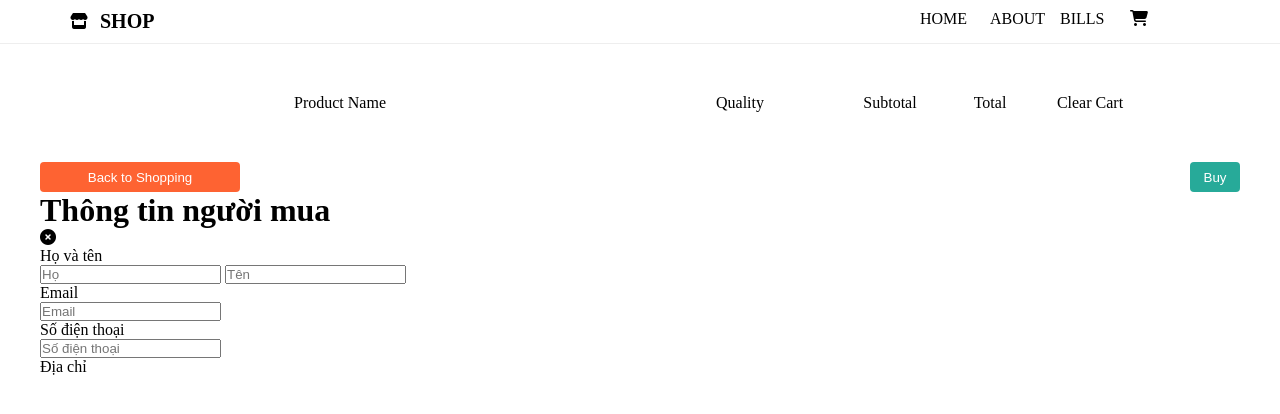
Repository: nguyenhaidang212/danh-sach-ban-hang
Page: index.html
These files come from the project's save history. The page is drawn as it stood at one moment and after the next save; the edit follows.
The browser window is 1280 px wide. The pictures show the whole page.
Some web libraries are served in a nearby version.

Above is the page before, as saved 2023-02-10 14:33:03.

### index.html
<!DOCTYPE html>
<html lang="en">
  <head>
    <meta charset="UTF-8" />
    <meta http-equiv="X-UA-Compatible" content="IE=edge" />
    <meta name="viewport" content="width=device-width, initial-scale=1.0" />
    <title>Danh sach ban hang</title>
    <link rel="stylesheet" href="style.css" />
    <script
      src="https://kit.fontawesome.com/2568d54abe.js"
      crossorigin="anonymous"
    ></script>
  </head>
  <body>
    <header>
      <div class="header-title">
        <i class="fas fa-store header-icon-title"></i>
        <h2>SHOP</h2>
      </div>
      <div class="header-menu">
        <div class="header-menu-home">
          <a href="">HOME</a>
        </div>
        <div class="header-menu-about">
          <a href="">ABOUT</a>
        </div>
        <div class="header-menu-bill">
          <a href="">BILLS</a>
        </div>
        <i class="fas fa-shopping-cart buy_display"></i>
      </div>
    </header>

    <!-- Trang giao dien -->
    <main class="main_menu" style="display: none">
      <div class="list"></div>
    </main>
    <!-- Trang danh sach -->
    <main class="main_buy">
      <div class="title">
        <span>Product Name</span><span>Quality</span><span>Subtotal</span
        ><span>Total</span><span>Clear Cart</span>
      </div>
      <div class="buy">
        <button id="back">Back to Shopping</button>
        <button id="buy">Buy</button>
      </div>

      <!-- Trang thanh toan -->
      <div class="buy_form">
        <div class="form_title">
          <h1>Thông tin người mua</h1>
          <i class="fa-solid fa-circle-xmark"></i>
        </div>
        <div class="form_content">
          <div class="form_grid">
            <div id="name">Họ và tên</div>
            <input type="text" placeholder="Họ" />
            <input type="text" placeholder="Tên" />
            <div id="email">Email</div>
            <input type="text" placeholder="Email" />
            <div id="phone">Số điện thoại</div>
            <input type="text" placeholder="Số điện thoại" />
            <div id="address">Địa chỉ</div>
          </div>
        </div>
      </div>
    </main>
    <script src="main.js"></script>
  </body>
</html>
<!-- <div class="list_buy">
  <div class="buy-name">${e.name}</div>
  <div class="buy-quality">
    <i class="fa-solid fa-minus plus-icon"></i>
    ${e.quality}
    <i class="fa-solid fa-plus minus-icon"></i>
  </div>
  <div class="buy-price">${e.gia}</div>
  <div class="buy-sum">${e.id}</div>
  <div><i class="fa-solid fa-circle-xmark buy-del"></i></div>
</div> -->

### style.css
* {
  padding: 0;
  margin: 0;
  box-sizing: border-box;
}
.form {
  display: inline-grid;
  grid-template-columns: 150px 150px 150px 150px;
  column-gap: 20px;
  row-gap: 20px;
  text-align: center;
  margin-bottom: 20px;
}
header {
  display: flex;
  border-bottom: 1px solid #eee;
  width: 100%;
  padding: 10px 100px 10px;
  justify-content: space-between;
}
.header-title {
  display: flex;
}
h2 {
  font-size: 20px;
}
.header-icon-title {
  position: absolute;
  left: 70px;
  top: 13px;
}
.header-menu {
  display: grid;
  grid-template-columns: 50px 50px 50px 50px;
  column-gap: 20px;
}
a {
  text-decoration: none;
  color: black;
}
main {
  width: 1200px;
  margin: 50px auto;
}
.list {
  display: grid;
  margin: 0 225px;
  grid-template-columns: 180px 180px 180px 180px;
  column-gap: 10px;
  row-gap: 20px;
  text-align: center;
}
.item {
  border: 2px solid #eee;
  position: relative;
}
.item-imgs {
  width: 100%;
  height: 180px;
  display: flex;
  justify-content: center;
  align-items: center;
  margin-bottom: 8px;
  overflow: hidden;
}
.item-img {
  text-align: center;
  width: 100%;
}
.item-title {
  font-size: 20px;
  font-weight: 600;
}
.item-info {
  display: flex;
  justify-content: space-between;
  margin: 5px;
  padding: 0 10px;
  font-size: 12px;
}
.item-icon {
  position: absolute;
  border-radius: 50%;
  width: 30px;
  height: 30px;
  line-height: 30px;
  bottom: 36px;
  right: -4px;
}
.item-add {
  color: #fe6332;
  cursor: pointer;
}
.buy_display {
  cursor: pointer;
}
#back {
  background-color: #fe6332;
  color: white;
  border-radius: 4px;
  width: 200px;
  height: 30px;
  border: none;
  cursor: pointer;
}
#buy {
  background-color: #27aa99;
  color: white;
  border-radius: 4px;
  width: 50px;
  height: 30px;
  border: none;
  cursor: pointer;
}
.title {
  display: grid;
  grid-template-columns: 600px 200px 100px 100px 100px;
  text-align: center;
  margin-bottom: 20px;
}
.list_buy {
  display: flex;
  text-align: center;
  margin-bottom: 12px;
  max-height: 400px;
}
.buy-name {
  width: 600px;
}
.buy-quality {
  width: 200px;
}
.buy-price,
.buy-del,
.buy-sum {
  width: 100px;
}
.buy {
  margin: auto;
  display: flex;
  justify-content: space-between;
  margin-top: 50px;
}
.buy-del {
  color: red;
  cursor: pointer;
}
.plus-icon,
.minus-icon {
  margin: 0 24px;
  cursor: pointer;
  border: 1px solid #eee;
  padding: 4px;
  border-radius: 50%;
}
.plus-icon:hover {
  background-color: #fe6332;
}
.minus-icon:hover {
  background-color: #27aa99;
}

### main.js
const listData = [
  {
    id: 1,
    name: "Quần áo nam",
    so_luong: 100,
    gia: 100,
    src: "https://znews-photo.zadn.vn/w660/Uploaded/ycgmvjvj/2018_03_31/1.jpg",
    quality: 1,
  },
  {
    id: 2,
    name: "Điện thoại",
    so_luong: 200,
    gia: 500,
    src: "https://cdn2.cellphones.com.vn/358x358,webp,q100/media/catalog/product/t/_/t_m_12.png",
    quality: 1,
  },
  {
    id: 3,
    name: "Macbook",
    so_luong: 300,
    gia: 1000,
    src: "https://cdn.tgdd.vn/Products/Images/44/231244/macbook-air-m1-2020-gold-600x600.jpg",
    quality: 1,
  },
  {
    id: 4,
    name: "Máy ảnh",
    so_luong: 400,
    gia: 1200,
    src: "https://www.nguyenkim.com/images/detailed/644/10036326-may-anh-canon-eos-3000d-kit-ef-s-18-55mm-den-1.jpg",
    quality: 1,
  },
  {
    id: 5,
    name: "Đồng hồ",
    so_luong: 500,
    gia: 1400,
    src: "https://cdn1.viettelstore.vn/images/Product/ProductImage/medium/Apple_Watch_SE-Cell-44mm-star1.jpg",
    quality: 1,
  },
  {
    id: 6,
    name: "Giày nam",
    so_luong: 600,
    gia: 1500,
    src: "https://cdn.elly.vn/uploads/2019/08/13121739/giay-nam-cao-cap-da-that-ELLY-EGTM2-5.jpg",
    quality: 1,
  },
  {
    id: 7,
    name: "Tủ lạnh",
    so_luong: 700,
    gia: 1600,
    src: "https://cdn.tgdd.vn/Products/Images/1943/284851/tu-lanh-aqua-inverter-456-lit-aqr-m525xa-fb-600x600.jpg",
    quality: 1,
  },
  {
    id: 8,
    name: "Điều hòa",
    so_luong: 800,
    gia: 1700,
    src: "https://hangdienmaygiare.com/images/products/2020/02/22/large/dieu-hoa-1-chieu-panasonic-n9wkh-8m_1582358300.jpg",
    quality: 1,
  },
  {
    id: 9,
    name: "Máy giặt",
    so_luong: 1000,
    gia: 2000,
    src: "https://hangdienmaygiare.com/images/products/2019/09/03/large/may-giat-electrolux-ewf1042bdwa-10-kg-inverter.jpg",
    quality: 1,
  },
  {
    id: 10,
    name: "Váy đầm nữ",
    so_luong: 2000,
    gia: 300,
    src: "https://luzy.vn/wp-content/uploads/2020/05/LZD10951-18.jpg",
    quality: 1,
  },
  {
    id: 11,
    name: "Mắt kính",
    so_luong: 2100,
    gia: 400,
    src: "https://vn-test-11.slatic.net/p/5e0af4609b84659f759982ac0146f184.jpg_800x800q100.jpg_600x600Q100.jpg",
    quality: 1,
  },
  {
    id: 12,
    name: "Thắt lưng da",
    so_luong: 200,
    gia: 200,
    src: "https://hoianleather.com/wp-content/uploads/2021/04/That-lung-da-bo-that-danh-cho-nam-2.jpg",
    quality: 1,
  },
];
const keyLocalStorageListSP = "DANHSACHSP";
const keyLocalStorageItemCart = "DANHSACHITEMCART";
const listItem = document.querySelector(".list");
const $ = document.body;

localStorage.setItem(keyLocalStorageListSP, JSON.stringify(listData));
const item = JSON.parse(localStorage.getItem(keyLocalStorageListSP));
item.forEach((value) => {
  const template = `<div class="item">
  <div class="item-imgs">
    <img src="${value.src}" alt="" class="item-img"/>
  </div>
  <div class="item-icon"><i class="fa-solid fa-cart-plus item-add"></i></div>
  <div class="item-title">${value.name}</div>
  <div class="item-info">
    <div class="item-price">Giá: ${value.gia}</div>
    <div class="item-quality">Số lượng: ${value.so_luong}</div>
  </div>
</div>`;
  listItem.insertAdjacentHTML("beforeend", template);
});
const itemAdd = document.querySelectorAll(".item-add");
const arrayItemAdd = [];
const mainMenu = document.querySelector(".main_menu");
const mainBuy = document.querySelector(".main_buy");
const buyDiplay = document.querySelector(".buy");
const delItem = document.querySelector(".buy-del");
$.addEventListener("click", (e) => {
  //-----Chuyen trang-----
  if (e.target.matches(".buy_display")) {
    const listItem = JSON.parse(localStorage.getItem(keyLocalStorageItemCart));
    mainMenu.style.display = "none";
    mainBuy.style.display = "block";
    displayItem(listItem);
  }
  if (e.target.matches("#back")) {
    mainMenu.style.display = "block";
    mainBuy.style.display = "none";
    const back = document.querySelector("#back");
    document.querySelectorAll(".list_buy").forEach((e) => {
      e.remove();
    });
  }
  if (e.target.matches("#buy")) {
    // $.style.display = "none";
  }
  //-----Add Item-----
  if (e.target.matches(".item-add")) {
    addItem(e.target);
  }
  //-----Del Item-----
  if (e.target.matches(".buy-del")) {
    const itemDelName =
      e.target.parentNode.previousElementSibling.previousElementSibling
        .previousElementSibling.previousElementSibling;
    delItemBuy(itemDelName);
  }
  //-----Increase/Decrease Item----
  if (e.target.matches(".plus-icon")) {
    const listItem = JSON.parse(localStorage.getItem(keyLocalStorageItemCart));
    listItem.forEach((value) => {
      if (
        value.name == e.target.parentNode.previousElementSibling.textContent
      ) {
        value.soluong++;
      }
    });
    localStorage.setItem(keyLocalStorageItemCart, JSON.stringify(listItem));
    console.log(listItem);
    const listBuy = document.querySelectorAll(".list_buy");
    listBuy.forEach((e) => {
      e.remove();
    });
    displayItem(listItem);
  }
  if (e.target.matches(".minus-icon")) {
    const listItem = JSON.parse(localStorage.getItem(keyLocalStorageItemCart));
    listItem.forEach((value, i) => {
      if (
        value.name == e.target.parentNode.previousElementSibling.textContent
      ) {
        value.soluong--;
        if (value.soluong == 0) {
          listItem.splice(i, 1);
        }
      }
    });
    console.log(listItem);
    localStorage.setItem(keyLocalStorageItemCart, JSON.stringify(listItem));
    const listBuy = document.querySelectorAll(".list_buy");
    listBuy.forEach((e) => {
      e.remove();
    });
    displayItem(listItem);
  }
});

// // -----Them san pham-----
function addItem(value) {
  item.forEach((e) => {
    if (e.name == value.parentNode.nextElementSibling.textContent) {
      const object = {
        id: e.id,
        soluong: e.quality,
        name: e.name,
        price: e.gia,
      };
      arrayItemAdd.forEach((e, i) => {
        if (object.id == e.id) {
          object.soluong = e.soluong + 1;
          arrayItemAdd.splice(i, 1);
        }
      });
      arrayItemAdd.push(object);
    }
  });
  localStorage.setItem(keyLocalStorageItemCart, JSON.stringify(arrayItemAdd));
}

// //-----Hien thi san pham da mua-----
function displayItem(arr) {
  arr.forEach((e) => {
    item.forEach((value) => {
      if (value.id == e.id) {
        const price = Number(e.price) * Number(e.soluong);
        buyDiplay.insertAdjacentHTML(
          "beforebegin",
          `<div class="list_buy">
        <div class="buy-name">${value.name}</div>
        <div class="buy-quality">
        <i class="fa-solid fa-minus minus-icon"></i>
        ${e.soluong}
        <i class="fa-solid fa-plus plus-icon"></i>
        </div>
        <div class="buy-price">${value.gia}</div>
        <div class="buy-sum">${price}</div>
        <div><i class="fa-solid fa-circle-xmark buy-del"></i></div>
      </div>`
        );
      }
    });
  });
}

// //-----Xoa san pham-----
function delItemBuy(name) {
  name.parentNode.remove();
  arrayItemAdd.forEach((e, i) => {
    if (e.name == name.textContent) {
      arrayItemAdd.splice(i, 1);
    }
  });
  localStorage.setItem(keyLocalStorageItemCart, JSON.stringify(arrayItemAdd));
}
// localStorage.clear();

After the next save:
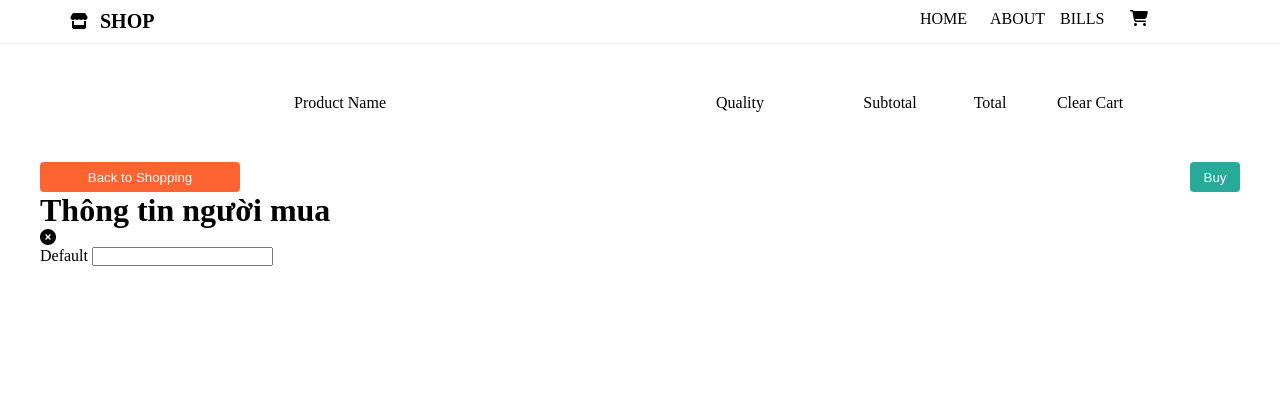
Saved 77 s later.
--- a/index.html
+++ b/index.html
@@ -54,14 +54,25 @@
         </div>
         <div class="form_content">
           <div class="form_grid">
-            <div id="name">Họ và tên</div>
+            <!-- <div id="name">Họ và tên</div>
             <input type="text" placeholder="Họ" />
             <input type="text" placeholder="Tên" />
             <div id="email">Email</div>
             <input type="text" placeholder="Email" />
             <div id="phone">Số điện thoại</div>
             <input type="text" placeholder="Số điện thoại" />
-            <div id="address">Địa chỉ</div>
+            <div id="address">Địa chỉ</div> -->
+            <div class="input-group mb-3">
+              <span class="input-group-text" id="inputGroup-sizing-default"
+                >Default</span
+              >
+              <input
+                type="text"
+                class="form-control"
+                aria-label="Sizing example input"
+                aria-describedby="inputGroup-sizing-default"
+              />
+            </div>
           </div>
         </div>
       </div>

After the save that followed:
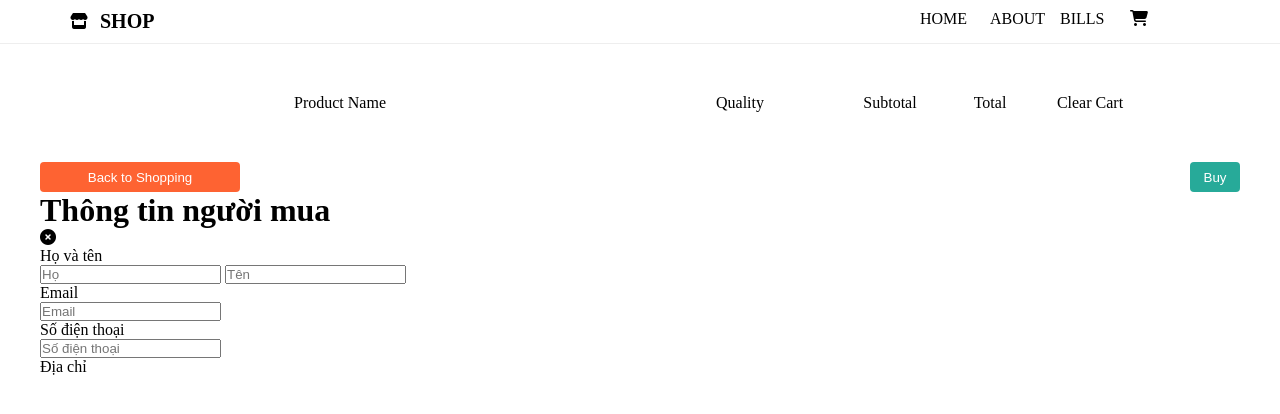
Saved 39 s later.
--- a/index.html
+++ b/index.html
@@ -54,25 +54,14 @@
         </div>
         <div class="form_content">
           <div class="form_grid">
-            <!-- <div id="name">Họ và tên</div>
+            <div id="name">Họ và tên</div>
             <input type="text" placeholder="Họ" />
             <input type="text" placeholder="Tên" />
             <div id="email">Email</div>
             <input type="text" placeholder="Email" />
             <div id="phone">Số điện thoại</div>
             <input type="text" placeholder="Số điện thoại" />
-            <div id="address">Địa chỉ</div> -->
-            <div class="input-group mb-3">
-              <span class="input-group-text" id="inputGroup-sizing-default"
-                >Default</span
-              >
-              <input
-                type="text"
-                class="form-control"
-                aria-label="Sizing example input"
-                aria-describedby="inputGroup-sizing-default"
-              />
-            </div>
+            <div id="address">Địa chỉ</div>
           </div>
         </div>
       </div>
